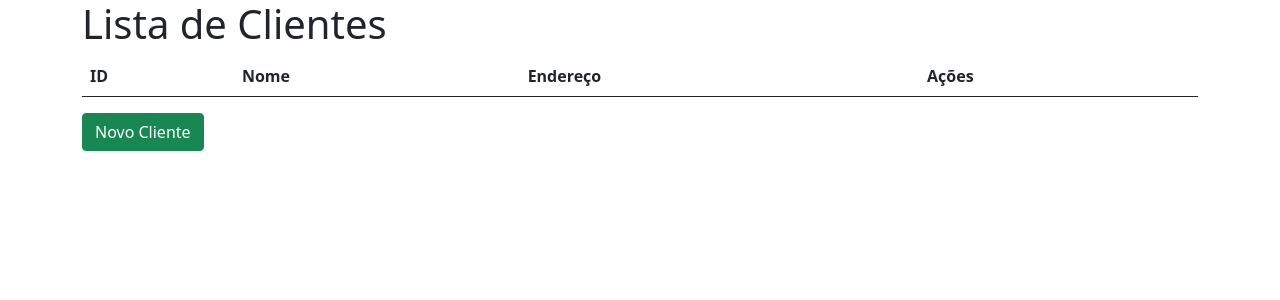
Repository: Luckycaat/eloquent-ORM
Page: http://localhost/clients
These files come from the project's save history. The page is drawn as it stood at one moment and after a run of saves; the edit follows.
The browser window is 1280 px wide. The pictures show the whole page.
The page is served by the project's Laravel application, run on PHP 8.4 with Laravel 9. Queries for data that is not in the repository find no rows.

Above is the page before, as saved 2022-09-20 16:33:01.

After the next 2 saves:
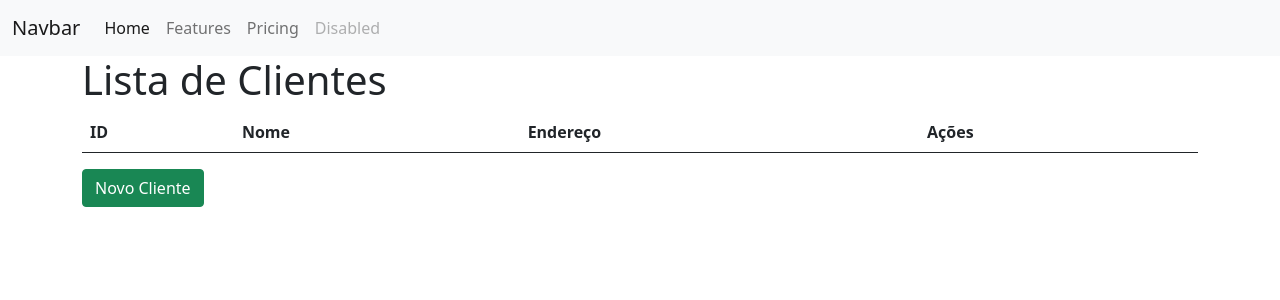
The 2 saves are shown as one change because they came seconds apart.
The last was saved 34 s later.
--- a/resources/views/app.blade.php
+++ b/resources/views/app.blade.php
@@ -14,7 +14,31 @@
 </head>
 
 <body>
-
+    <nav class="navbar navbar-expand-lg navbar-light bg-light">
+        <div class="container-fluid">
+            <a class="navbar-brand" href="#">Navbar</a>
+            <button class="navbar-toggler" type="button" data-bs-toggle="collapse" data-bs-target="#navbarNav"
+                aria-controls="navbarNav" aria-expanded="false" aria-label="Toggle navigation">
+                <span class="navbar-toggler-icon"></span>
+            </button>
+            <div class="collapse navbar-collapse" id="navbarNav">
+                <ul class="navbar-nav">
+                    <li class="nav-item">
+                        <a class="nav-link active" aria-current="page" href="#">Home</a>
+                    </li>
+                    <li class="nav-item">
+                        <a class="nav-link" href="#">Features</a>
+                    </li>
+                    <li class="nav-item">
+                        <a class="nav-link" href="#">Pricing</a>
+                    </li>
+                    <li class="nav-item">
+                        <a class="nav-link disabled" href="#" tabindex="-1" aria-disabled="true">Disabled</a>
+                    </li>
+                </ul>
+            </div>
+        </div>
+    </nav>
 
     <div class="container">
         @yield('conteudo')
